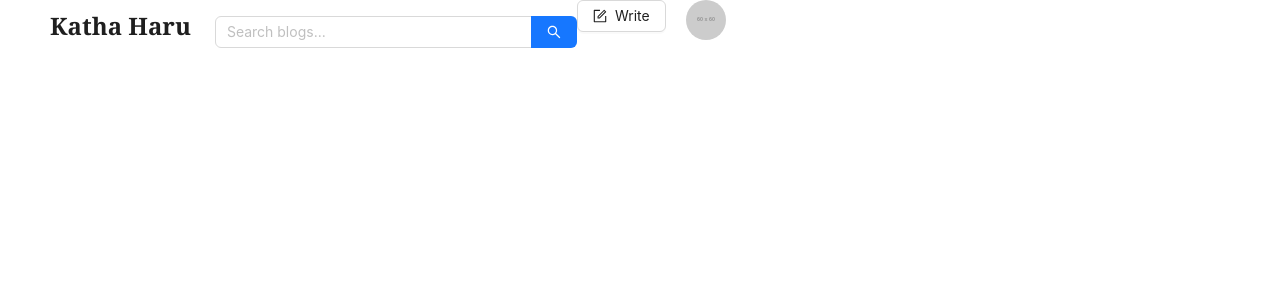
Repository: amich10/Blog_Frontend
Page: /user
An editor plug-in stored every save of this project. The page is shown before and after a run of saves, followed by the edit.
The browser window is 1280 px wide. The pictures show the whole page.
The project was rebuilt for these pictures with package versions that can differ from the ones it lists, and the page was loaded fresh each time. Also part of the build but not shown: vite.config.ts, src/pages/category/admin.category.tsx, src/services/user.service.tsx, src/pages/users/admin.user.list.tsx, src/components/input.component.tsx, src/pages/users/admin.adduser.tsx, src/pages/users/admin.user.edit.tsx, src/pages/category/add.category.tsx and 5 more.

Above is the page before, as saved 2025-04-25 12:43:04.

### index.html
<!doctype html>
<html lang="en">
  <head>
    <meta charset="UTF-8" />
    <link rel="icon" type="image/svg+xml" href="/vite.svg" />
    <meta name="viewport" content="width=device-width, initial-scale=1.0" />
    <title>Blog Platform</title>
  </head>
  <body>
    <div id="root"></div>
    <script type="module" src="/src/main.tsx"></script>
  </body>
</html>

### src/main.tsx
import { createRoot } from "react-dom/client";
import React from "react";
import './assets/css/main.css';
import '@ant-design/v5-patch-for-react-19';
import RouterConfig from "./config/router.config";

createRoot(document.getElementById('root')!).render(
  //<React.StrictMode>
    <RouterConfig />
  //</React.StrictMode>

);

### src/config/router.config.tsx
import { RouterProvider } from "react-router";
import { router } from "./routes.config";
import { ToastContainer } from "react-toastify";
import { AuthProvider } from "../context/auth.context";
import { CategoryProvider } from "../context/category context/category.context";

const RouterConfig = () => {
  return (
    <>
      <AuthProvider>
        <CategoryProvider>
        <ToastContainer theme="light" />
        <RouterProvider router={router}></RouterProvider>
        </CategoryProvider>
      </AuthProvider>
    </>
  );
};
export default RouterConfig;

### src/config/routes.config.tsx
import { createBrowserRouter } from "react-router";
import { lazy, Suspense } from "react";
import { Spin } from "antd";
//import ChangePasswordPage from "../pages/change-password after login/change.password";

import CategoryList from "../pages/category/admin.category";
import UserList from "../pages/users/admin.user.list";
import CreateUser from "../pages/users/admin.adduser";
import UserEdit from "../pages/users/admin.user.edit";
import AddCategory from "../pages/category/add.category";
import EditCategory from "../pages/category/edit.category";
import PostList from "../posts/posts.list";
import CreatePost from "../posts/post.create";
import EditPost from "../posts/edit.post";
import UserHomePage from "../pages/user role/home page/user.home.page";
const RegisterPage = lazy(() => import("../pages/auth/register/register.page"))
const HomePage = lazy(() => import("../pages/home/home.page"));
const ForgetPasswordPage = lazy(() => import("../pages/auth/forget-password/forget-password"));
const ActivateAccountPage = lazy(() => import("../pages/auth/activate-account/ativate-account"));
const ResetPasswordPage = lazy(() => import("../pages/auth/forget-password/reset-password"));
const AdminPannelPage = lazy(() => import("../pages/admin/admin.pannel"));

export const router = createBrowserRouter([
    {
      path: "/",
      element: (
        <Suspense fallback={<Spin fullscreen tip="Loading...." size="default" />}>
          <HomePage />
        </Suspense>
      ),
    },
    {
      path: "/register",
      element: <RegisterPage />,
    },
    {
      path: "/forget-password",
      element: <ForgetPasswordPage />,
    },
    {
      path: "activate/:activationToken",
      element: <ActivateAccountPage />,
    },
    {
      path: "verify-token/:forgetToken",
      element: (
        <Suspense fallback={<Spin fullscreen tip="Verifying token...." size="large" />}>
          <ResetPasswordPage />
        </Suspense>
      ),
    },
    {
      path: "admin",
      Component:AdminPannelPage,
      children:[
        {
            index:true
        },
        {
          path:'posts',
          Component:PostList
        },
        {
          path:"posts/create",
          Component:CreatePost
        },
        {
          path:"posts/:id",
          Component:EditPost
        },
        {
            path:'category',
            Component:CategoryList
        },
        {
          path:"category/create",
          Component:AddCategory
        },
        {
          path:"category/:id",
          Component:EditCategory
        },
        {
          path:'users',
          Component:UserList
        },
        {
          path:'users/create',
          Component:CreateUser
        },{
          path:"users/:id",
          Component:UserEdit
        },

      ]
    },
    {
      path:'user',
      Component:UserHomePage,
      children:[{
      }]
    }
  ]);

### src/context/auth.context.tsx
import { createContext, ReactNode, SetStateAction, useContext, useEffect, useState, Dispatch } from "react";
import authSvc from "../services/auth.service";
import notifcation, { getLocalStorage, NotificationType, setLocalStorage } from "../utilities/helpers";
import { webStorageConstants } from "../constants/constants";
import { Spin } from "antd";
import { LoadingOutlined } from '@ant-design/icons';

export interface ICredentials {
  username: string;
  password: string;
}

export interface IChildrenProps {
  children: ReactNode;
}

export interface IUserDetails {
  name: string;
  username: string;
  email: string;
  phone: string;
  address: string;
  role: string;
  status: string;
  _id: string;
  image: {
    url: string;
    optimizedUrl: string;
  };
  createdAt: Date;
  bio: string;
}

export interface IAuthContext {
    login: (credentials: ICredentials) => Promise<void>;
    forgetPassword: (data: { email: string }) => Promise<void>;
    userDetails: IUserDetails;
    setUserDetails: Dispatch<SetStateAction<IUserDetails | undefined>>;
  }

  export const AuthContext = createContext<IAuthContext>({
    login: async (_credentials: ICredentials): Promise<void> => {},
    forgetPassword: async (_data: { email: string }): Promise<void> => {},
    userDetails: {} as IUserDetails,
    setUserDetails: () => {},
  });

export const AuthProvider = ({ children }: IChildrenProps) => {
  const [userDetails, setUserDetails] = useState<IUserDetails>();
  const [loading,setLoading] = useState<boolean>(false)

  const getLoggedInUser = async () => {
    try {
      const userInfo = await authSvc.getRequest("auth/me");
      setUserDetails(userInfo.result.data);
      return userInfo.result.data;
    } catch (exception) {
      throw exception
    }
  };

  const LoginFunc = async (credentials: ICredentials) => {
    setLoading(true)
    try {
      const response = await authSvc.postRequest("/auth/login", credentials);
      notifcation(response.result.message, NotificationType.SUCCESS);
      setLocalStorage(webStorageConstants.ACCESS, response.result.data.accessToken);
      setLocalStorage(webStorageConstants.REFRESH, response.result.data.refreshToken);
      return await getLoggedInUser();
    } catch (exception: any) {
      notifcation(exception.response.message, NotificationType.ERROR);
    } finally{
    setLoading(false)
    }
  };

  const forgetPasswordFunc = async (data: { email: string }) => {
    try {
      const response = await authSvc.postRequest("auth/forget-password", data);
      notifcation(response.result.message, NotificationType.SUCCESS);
    } catch (exception: any) {
      const errorMsg = exception.response.message || "Unexpected error occurred. Please try again after some time.";
      notifcation(errorMsg, NotificationType.ERROR);
    }
  };

  //rehydrating state
  useEffect(() => {
    let token = getLocalStorage(webStorageConstants.ACCESS);
    if (token) {
      getLoggedInUser();
    }else{
        setLoading(false)
    }
  }, []);

  return (
    <AuthContext.Provider
      value={{
        login: LoginFunc,
        forgetPassword: forgetPasswordFunc,
        userDetails: userDetails as IUserDetails,
        setUserDetails: setUserDetails,
      }}
    >
      {loading ?  <Spin fullscreen tip="Loading ... " indicator={<LoadingOutlined/>}/> :children}
    </AuthContext.Provider>
  );
};


export const useAuth = () => {
  const { login, forgetPassword, userDetails, setUserDetails } = useContext(AuthContext);
  return {
    login,
    forgetPassword,
    userDetails,
    setUserDetails,
  };
};

### src/context/category context/category.context.tsx
import React, { createContext, useContext, useEffect, useState } from "react";
import { TablePaginationConfig } from "antd";
import { IResponseType } from "../../services/http.service";
import categorySvc from "../../services/category.service";
import notifcation, { NotificationType } from "../../utilities/helpers";
import { useAuth } from "../auth.context";

export interface IResult {
  image: {
    url: string;
    optimizedUrl: string;
  };
  _id: string;
  title: string;
  slug: string;
  parentId: string | null;
  status: string;
  createdBy: any;
  updatedBy: any;
  createdAt: string;
  updatedAt: string;
  __v: number;
}

export interface IQueryProps {
  page?: number;
  limit?: number;
  search?: string | null;
}

interface ICategoryContext {
  data: IResult[];
  loading: boolean;
  pagination: TablePaginationConfig;
  search: string;
  getAllCategory: (params?: IQueryProps) => void;
  setSearch: React.Dispatch<React.SetStateAction<string>>;
  setPagination: React.Dispatch<React.SetStateAction<TablePaginationConfig>>;
}

const CategoryContext = createContext<ICategoryContext | undefined>(undefined);

export const CategoryProvider: React.FC<{ children: React.ReactNode }> = ({ children }) => {
  const [data, setData] = useState<IResult[]>([]);
  const [loading, setLoading] = useState<boolean>(true);
  const [search, setSearch] = useState<string>("");
  const [pagination, setPagination] = useState<TablePaginationConfig>({
    total: 0,
    pageSize: 8,
    current: 1,
  });

  const { userDetails } = useAuth();

  const getAllCategory = async ({
    page = pagination.current,
    limit = pagination.pageSize,
    search = "",
  }: IQueryProps = {}) => {
    try {
      setLoading(true);
      const response: IResponseType = await categorySvc.getRequest("/category/all", {
        params: { page, limit, search },
      });
      setData(response.result.data);
      setPagination((prev) => ({
        ...prev,
        total: response.result.options.total,
        current: page,
        pageSize: limit,
      }));
    } catch (error) {
      notifcation("Could not fetch categories. Try again later.", NotificationType.ERROR);
    } finally {
      setLoading(false);
    }
  };

  useEffect(() => {
    if (userDetails) {
      getAllCategory();
    }
  }, [userDetails]);

  // Debounced search - only after user is authenticated
  useEffect(() => {
    if (userDetails) {
      const timer = setTimeout(() => {
        getAllCategory({ search });
      }, 500);
      return () => clearTimeout(timer);
    }
  }, [search, userDetails]);

  return (
    <CategoryContext.Provider
      value={{
        data,
        loading,
        pagination,
        search,
        getAllCategory,
        setSearch,
        setPagination,
      }}
    >
      {children}
    </CategoryContext.Provider>
  );
};

export const useCategory = (): ICategoryContext => {
  const context = useContext(CategoryContext);
  if (!context) throw new Error("useCategory must be used within a CategoryProvider");
  return context;
};

### src/pages/user role/home page/user.home.page.tsx
import { Layout } from "antd"
import { useState } from "react"
import AdminSideBar from "../../admin/admin.sidebar"
import UserHeader from "./user.header"

const{Header,Sider,Content} = Layout


const UserHomePage = () => {
    const [collapsed,setCollapsed] = useState<boolean>(false)
  return (
    <Layout>
        <Layout>
            <UserHeader/>
            <Content></Content>
        </Layout>
    </Layout>
  )
}

export default UserHomePage

### src/services/auth.service.tsx
import HttpService from "./http.service";

class AuthService extends HttpService {

}
const authSvc = new AuthService()
export default authSvc;

### src/utilities/helpers.tsx
import { toast } from "react-toastify"
export enum NotificationType {
    SUCCESS = "success",
    ERROR = "error",
    WARNING = "warning",
    INFO = "info"
}
const notifcation = (msg: string, type: NotificationType) => {
    if (type === NotificationType.SUCCESS) {
        toast.success(msg)
    } else if (type === NotificationType.ERROR) {
        toast.error(msg)
    } else if (type === NotificationType.WARNING) {
        toast.warning(msg)
    } else if (type === NotificationType.INFO) {
        toast.info(msg)
    } else {
        toast(msg)
    }
}
export default notifcation;



//webStorage:LocalStorage
//set localStorage
export const setLocalStorage = (name: string, value: string) => {
    localStorage.setItem(name, value)
}
//get localStorage
export const getLocalStorage = (name: string) => {
    return localStorage.getItem(name)
}
//remove localStorage
export const removeLocalStorage = (name: string) => {
    return localStorage.removeItem(name)
}
//remove all data from LocalStorage
export const cleanLocalStorage = () => {
    return localStorage.clear()
}

### src/constants/constants.tsx
export const webStorageConstants = {
        ACCESS:"access",
        REFRESH:"refresh"
}

### src/services/category.service.tsx
import HttpService from "./http.service";

class CategoryService extends HttpService {

}

const categorySVc = new CategoryService()
export default categorySVc;

### src/pages/user role/home page/user.header.tsx

import { EditOutlined, FormOutlined } from '@ant-design/icons';
import { Button, Input, Layout, Typography } from 'antd';
import { NavLink } from 'react-router';



const UserHeader = () => {

  return (
    <>
    <Layout.Header className='bg-white! flex '>
       <div className='flex justify-between'>
       <div className='flex justify-center items-center'>
          <Typography.Title level={3} className='font-serif! w-60'>Katha Haru</Typography.Title>
          <Input.Search placeholder="Search blogs..." enterButton />
        </div>
        <div className='flex gap-5'>
          <Button icon={<FormOutlined/>}><NavLink to={'/user/write'}>Write</NavLink></Button>
          <img src="https://placehold.co/60x60" alt="user" className='h-10 w-10 rounded-full'/>
        </div>
       </div>

    </Layout.Header>
    </>
  )
}
export default UserHeader;

### src/services/http.service.ts
import axiosInstance from "../config/axios.config";

export interface IResult {
    data?: Array<Record<string, any>> | Record<string, any> | null | any, //Record<string, any> for an object with string keys and any values.
    message: string,
    error?: any,
    options: any,
    status: string,
}

export interface IResponseType {
    result: IResult
    status: number
}

abstract class HttpService {
    #headers: Record<string, string> = {} //object
    #params: Record<string, string> = {}
    #config: any = {} //final axios config

    #setConfig(config: any) {
        this.#headers = {
            ...this.#headers,
            "Content-Type": "application/json"
        };

        if (config.file || config.files) {
            this.#headers["Content-Type"] = "multipart/form-data";
        }


        if (config.params) {
            this.#params = config.params;
        }

        this.#config = {
            headers: this.#headers,
            params: this.#params
        };
    }

    getRequest = async (url: string, config: any = {}): Promise<IResponseType> => {
        try {
            this.#setConfig(config);
            let { data: responseData, status } = await axiosInstance.get(url, this.#config);
            return {
                result: responseData,
                status: status
            };
        } catch (exception: any) {
            throw {
                response: exception?.response?.data,
                status: exception?.response?.status
            };
        }
    };

    postRequest = async (url: string, data: any, config: any = {}): Promise<IResponseType> => {
        try {
            this.#setConfig(config);
            let { data: responseData, status } = await axiosInstance.post(url, data, this.#config);
            return {
                result: responseData,
                status: status
            };
        } catch (exception: any) {
            throw {
                response: exception?.response?.data,
                status: exception?.response?.status
            };
        }
    };

    patchRequest = async (url: string, data: any, config: any = {}): Promise<IResponseType> => {
        try {
            this.#setConfig(config); //sets headers and params
            let { data: responseData, status } = await axiosInstance.patch(url, data, this.#config);
            return {
                result: responseData,
                status: status
            };
        } catch (exception: any) {
            throw {
                response: exception?.response?.data,
                status: exception?.response?.status
            };
        }
    };

    deleteRequest = async (url: string, config: any = {}): Promise<IResponseType> => {
        try {
            this.#setConfig(config);
            let { data: responseData, status } = await axiosInstance.delete(url, this.#config);
            return {
                result: responseData,
                status: status
            };
        } catch (exception: any) {
            throw {
                response: exception?.response?.data,
                status: exception?.response?.status
            };
        }
    };
}

export default HttpService;

### src/config/axios.config.tsx
import axios from "axios"
import { getLocalStorage } from "../utilities/helpers";
import { webStorageConstants } from "../constants/constants";


const axiosInstance = axios.create({
    baseURL:import.meta.env.VITE_API_URL,
    timeout: 30000, //in millisec = 30 sec
    timeoutErrorMessage:"Request time out",
    responseEncoding:"utf-8",
    responseType:"json",
})


axiosInstance.interceptors.request.use((config) =>{
    let token = getLocalStorage(webStorageConstants.ACCESS)
    if(token){
        config.headers.Authorization = `Bearer ${token}`
    }
    return config;
})


export default axiosInstance;

Loaded but not shown: src/assets/css/main.css (common file)

After the next 2 saves:
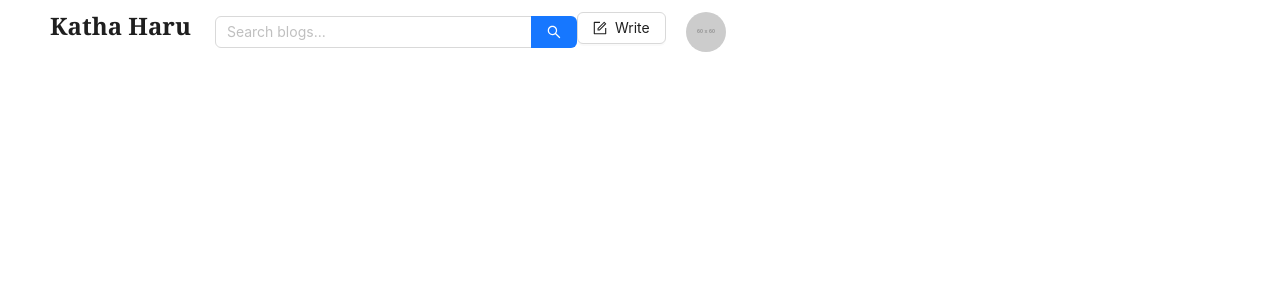
The 2 saves are shown as one change because they came seconds apart.
The last was saved 33 s later.
--- a/src/pages/user role/home page/user.header.tsx
+++ b/src/pages/user role/home page/user.header.tsx
@@ -10,7 +10,7 @@
   return (
     <>
     <Layout.Header className='bg-white! flex '>
-       <div className='flex justify-between'>
+       <div className='flex justify-between items-center'>
        <div className='flex justify-center items-center'>
           <Typography.Title level={3} className='font-serif! w-60'>Katha Haru</Typography.Title>
           <Input.Search placeholder="Search blogs..." enterButton />
